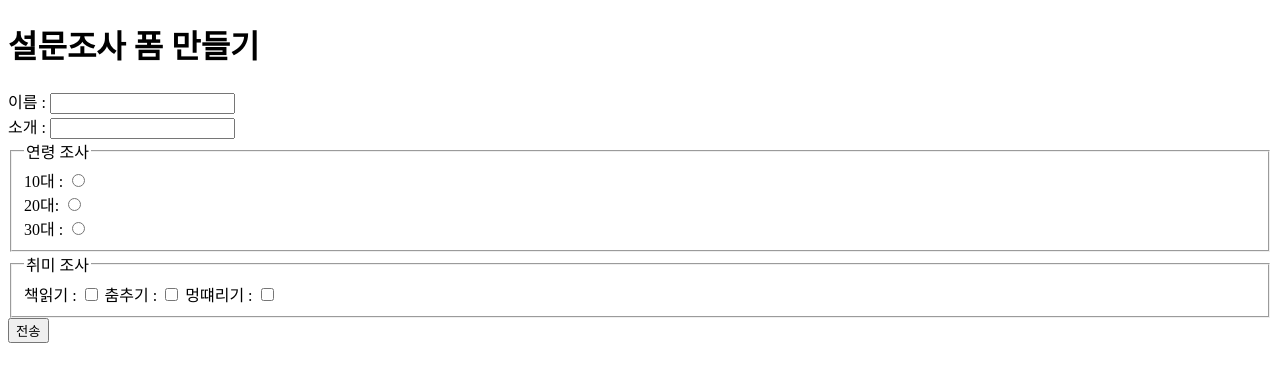
Repository: KimJaeHwan98/tomcat01
Page: http://localhost/3_req_res/quiz/ex01_form.jsp
An editor plug-in stored every save of this project. The page is shown before and after the next save, followed by the edit.
The browser window is 1280 px wide. The pictures show the whole page.
The page is served by Tomcat 9.

Above is the page before, as saved 2024-04-29 06:11:11.

After the next save:
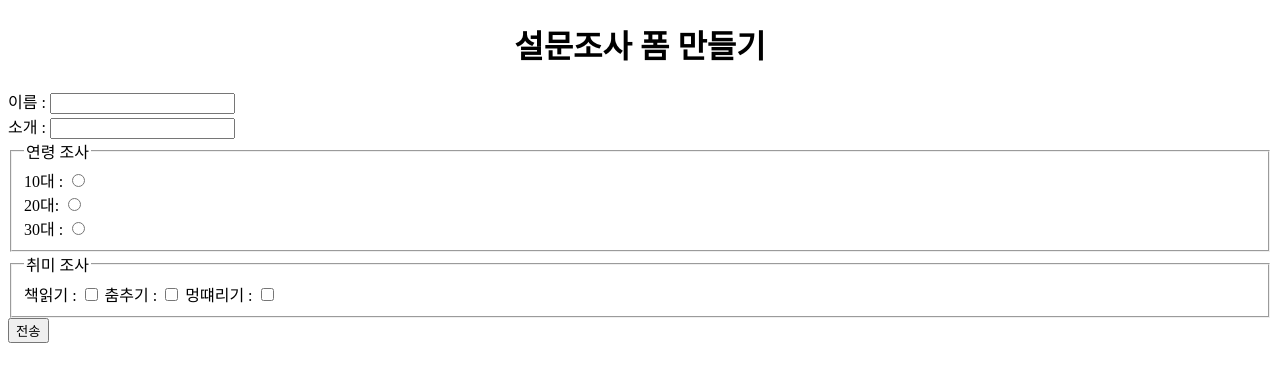
Saved 22 s later.
--- a/3_req_res/src/main/webapp/quiz/ex01_form.jsp
+++ b/3_req_res/src/main/webapp/quiz/ex01_form.jsp
@@ -16,8 +16,9 @@
 </style>
 
 <body>
-<div class="center"></div>
+<div class="center">
 <h1>설문조사 폼 만들기</h1>
+</div>
 <%String path = request.getContextPath();%>
 <form action="<%= path %> / ex01_result.jsp" method="post">
 
